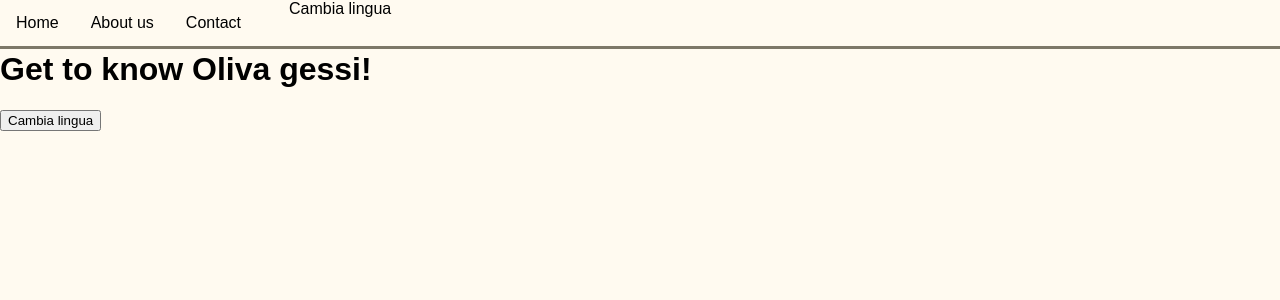
Repository: Seaside-Jokers/Oliva-gessi
Page: index.html
The author's editor kept a copy of each file at every save. The page is drawn from the files as they stood at one save, then again after the next save.
The browser window is 1280 px wide. The pictures show the whole page.

Above is the page before, as saved 2026-02-16 19:30:13.

After the next save:
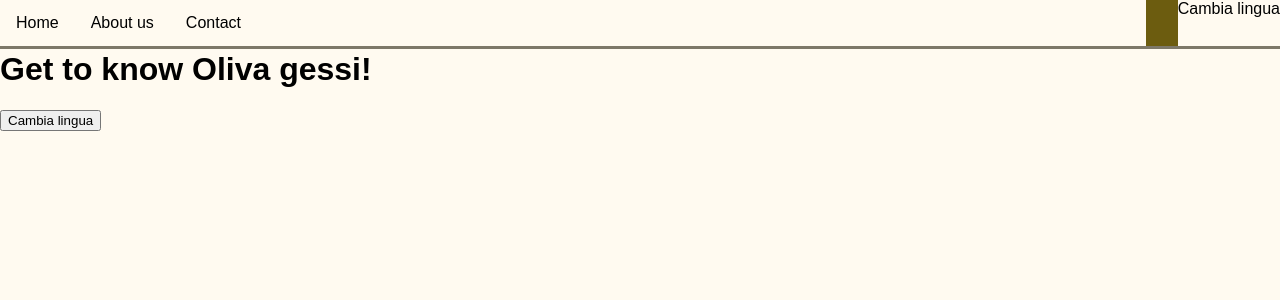
Saved 16 s later.
--- a/src/style.css
+++ b/src/style.css
@@ -37,7 +37,7 @@ link.nav-button {
     display: block;
 }
 /* Pulsante per il cambio lingua */
-a.nav-button.change-language {
+link.nav-button.change-language {
     background-color: var(--colors-primary);
     color: var(--colors-onPrimary);
     border: none;
